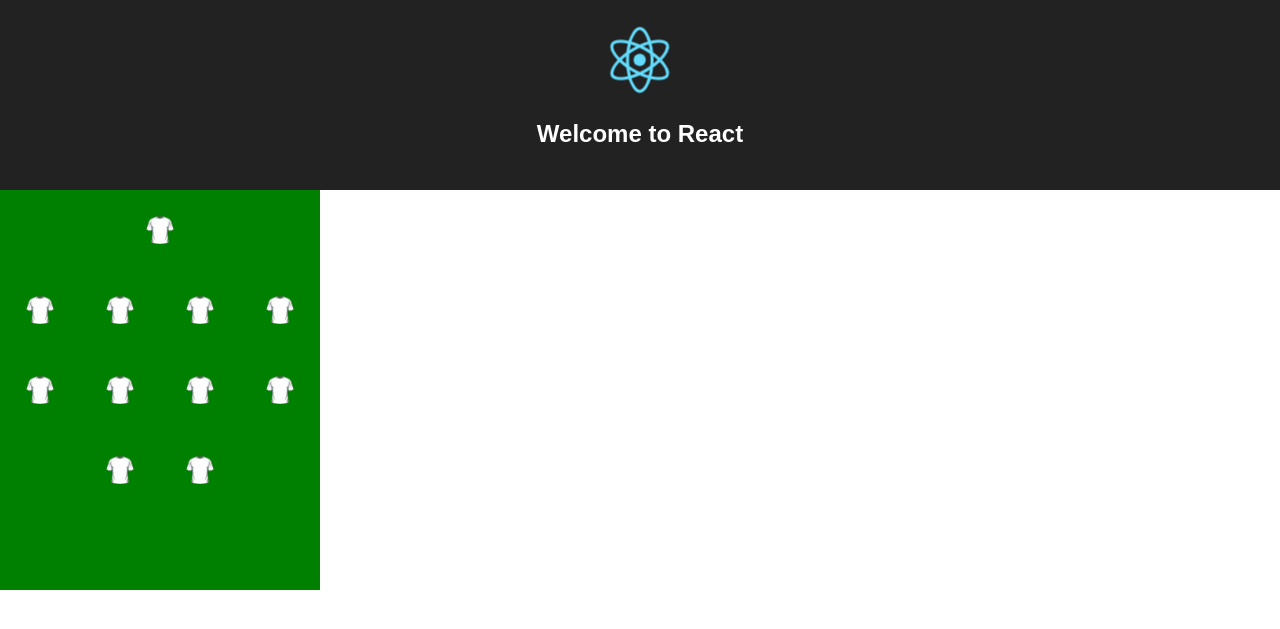
Repository: technicaltests100k/fantacalcio
Page: /
These files come from the project's save history. The page is drawn as it stood at one moment and after the next save; the edit follows.
The browser window is 1280 px wide. The pictures show the whole page.
The project was rebuilt for these pictures with package versions that can differ from the ones it lists, and the page was loaded fresh each time.

Above is the page before, as saved 2017-11-22 18:23:02.

After the next save:
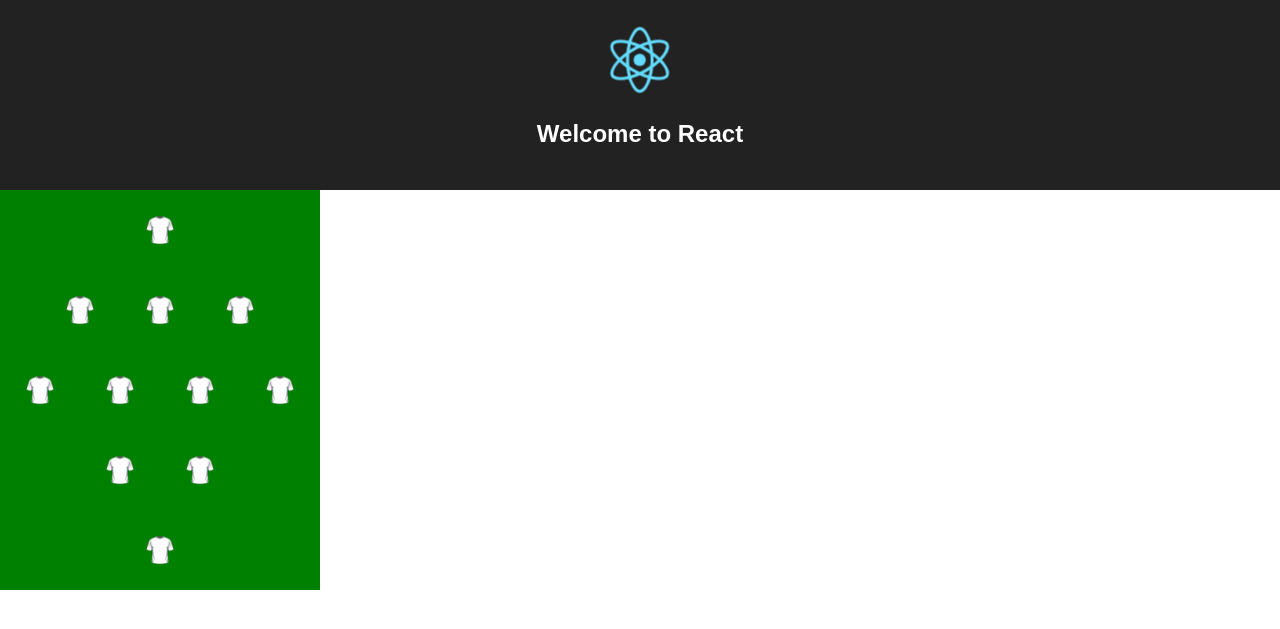
Saved 13 s later.
--- a/src/App.js
+++ b/src/App.js
@@ -43,7 +43,7 @@
           <h1 className="App-title">Welcome to React</h1>
         </header>
 
-        <div className={'pitch'}>{this.getTeam(data.lineups[0])}</div>
+        <div className={'pitch'}>{this.getTeam(data.lineups[1])}</div>
       </div>
     );
   }
